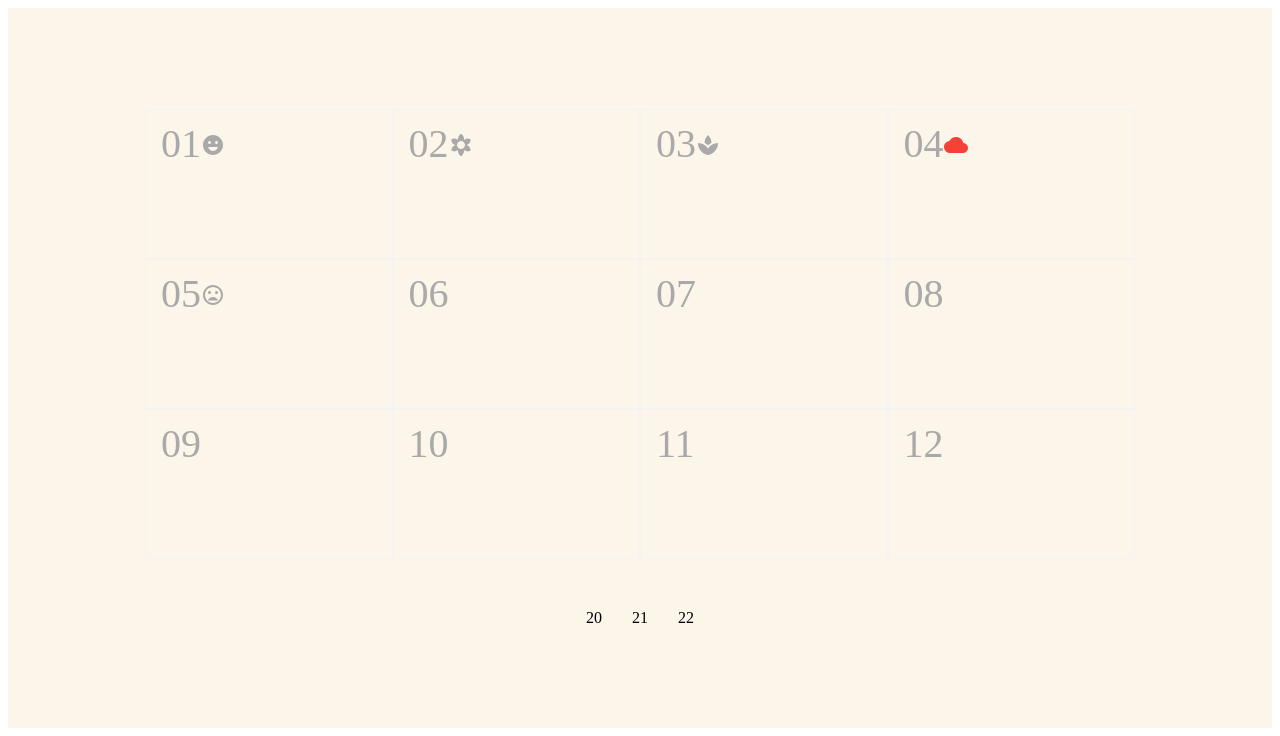
Repository: IMHANA/diary
Page: /monthly
These files come from the project's save history. The page is drawn as it stood at one moment and after the next save; the edit follows.
The browser window is 1280 px wide. The pictures show the whole page.
The project was rebuilt for these pictures with package versions that can differ from the ones it lists, and the page was loaded fresh each time. Also part of the build but not shown: src/App.css, src/pages/Main/main.js.

Above is the page before, as saved 2021-08-05 13:27:34.

After the next save:
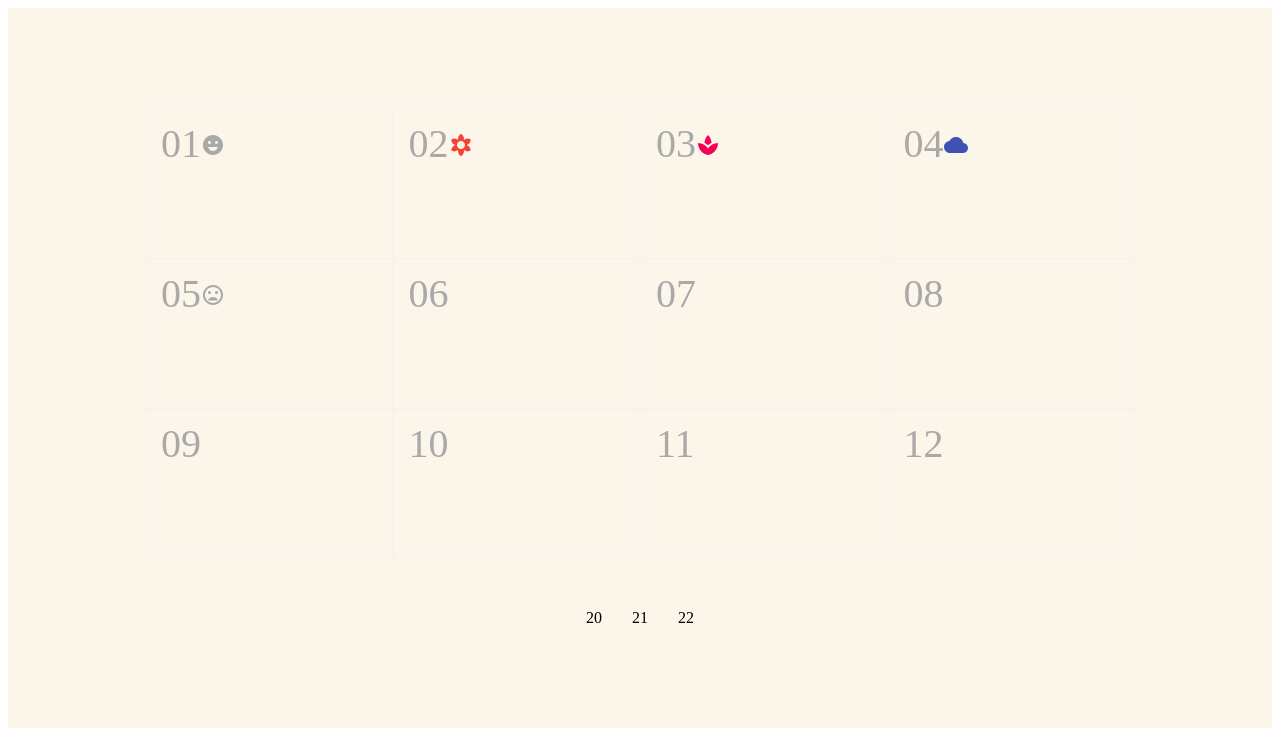
Saved 89 s later.
--- a/src/pages/Month/month.js
+++ b/src/pages/Month/month.js
@@ -16,17 +16,17 @@ export default class month extends Component {
 
           <div className="calendar-item">
             <span className="title"> 02
-                <FilterVintage color='info'/>
+                <FilterVintage color='error'/>
             </span>
           </div>
           <div className="calendar-item">
             <span className="title"> 03
-                <Spa color='success'/>
+                <Spa color='secondary'/>
             </span>
           </div>
           <div className="calendar-item">
             <span className="title"> 04
-                <WbCloudy color='error'/>
+                <WbCloudy color='primary'/>
             </span>
           </div>
         </div>
